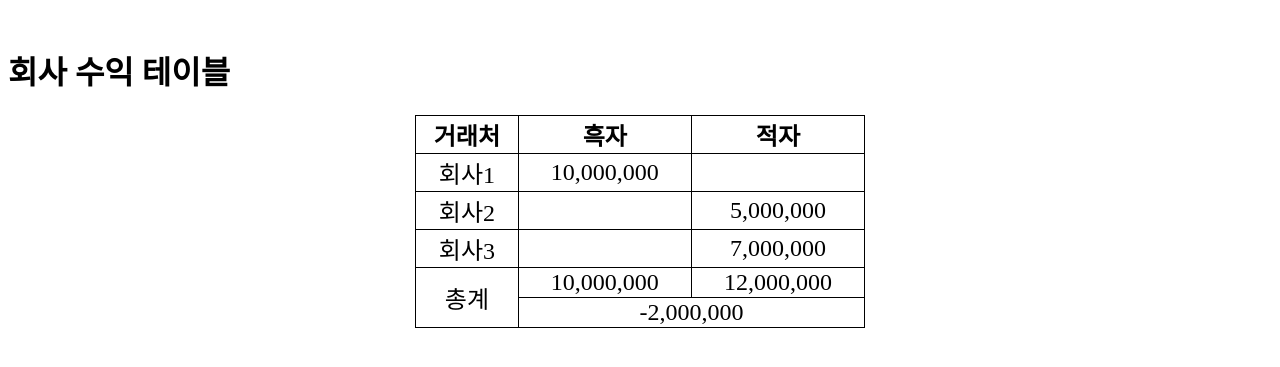
Repository: guswnsdldl/gb
Page: html workspace/f_table/src/main/webapp/span-task02.html
An editor plug-in stored every save of this project. The page is shown before and after the next save, followed by the edit.
The browser window is 1280 px wide. The pictures show the whole page.

Above is the page before, as saved 2024-08-06 03:15:08.

After the next save:
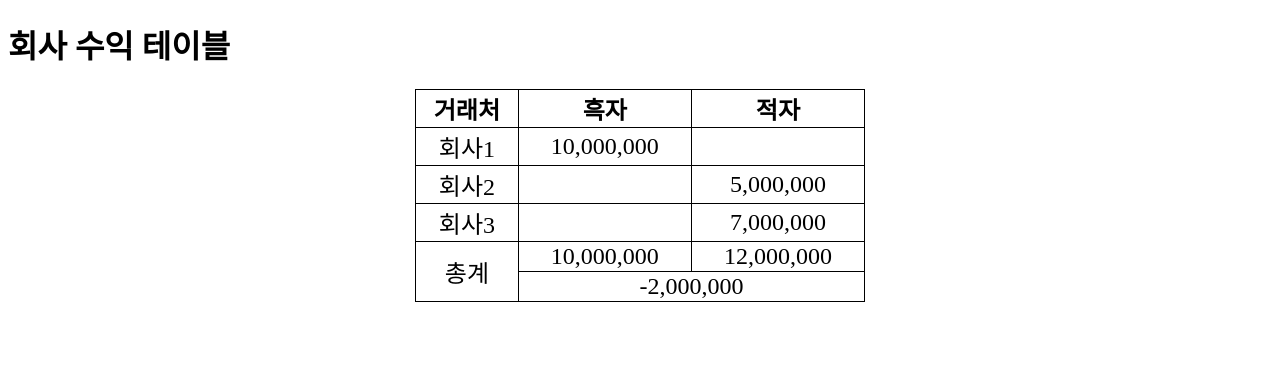
Saved 11 s later.
--- a/html workspace/f_table/src/main/webapp/span-task02.html
+++ b/html workspace/f_table/src/main/webapp/span-task02.html
@@ -16,7 +16,7 @@
 </head>
 <body>
 
-&nbsp;&nbsp;&nbsp;&nbsp;&nbsp;&nbsp;&nbsp;<h1>회사 수익 테이블</h1>
+<h1>회사 수익 테이블</h1>
 <table>
  		<tr>
         <th>거래처</th>
